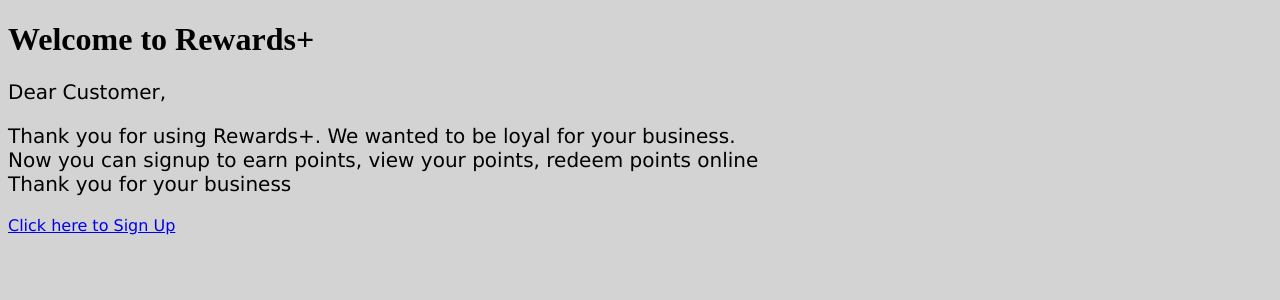
Repository: ahpraveen/springbootdemo
Page: demo/src/main/resources/static/home.html
These files come from the project's save history. The page is drawn as it stood at one moment and after the next save; the edit follows.
The browser window is 1280 px wide. The pictures show the whole page.

Above is the page before, as saved 2018-01-22 00:19:29.

### demo/src/main/resources/static/home.html
<!DOCTYPE html>
<html lang="en-US">
<head>
<meta charset="UTF-8">
<title>Home - Rewards+</title>
<style>
body{
background-color:lightgrey
}
p{
   font-family: verdana;
   font-size: 20px;
	}

a{
	font-family: verdana;
}
</style>
</head>
<body>
<div class="container">
<h1> Welcome to Rewards+</h1>
<p> Dear Customer,</p>
<p> Thank you for using Rewards+. We wanted to be loyal for your business. <br> Now you can signup to earn points, view your points, redeem points online <br>
    Thank you for your business </p>
<a href=".././index.html">Click here to Sign Up</a>
</div>
</body>
</html>

After the next save:
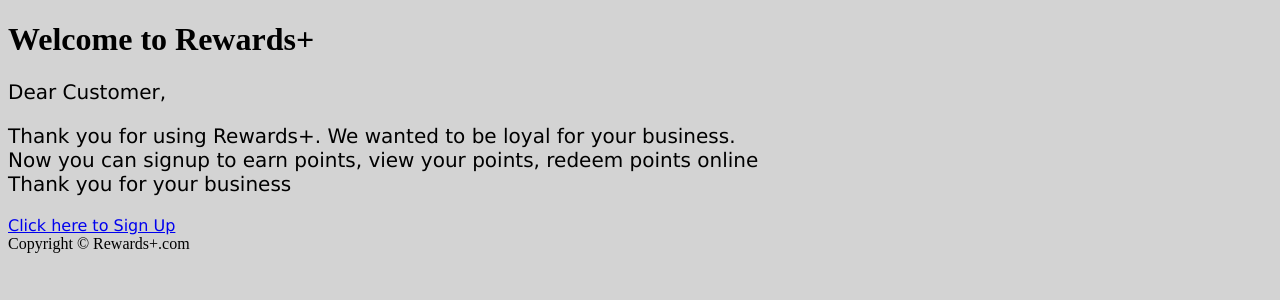
Saved 95 s later.
--- a/demo/src/main/resources/static/home.html
+++ b/demo/src/main/resources/static/home.html
@@ -18,12 +18,11 @@
 </style>
 </head>
 <body>
-<div class="container">
 <h1> Welcome to Rewards+</h1>
 <p> Dear Customer,</p>
 <p> Thank you for using Rewards+. We wanted to be loyal for your business. <br> Now you can signup to earn points, view your points, redeem points online <br>
     Thank you for your business </p>
 <a href=".././index.html">Click here to Sign Up</a>
-</div>
+<footer>Copyright &copy; Rewards+.com</footer>
 </body>
 </html>

After the 2 saves that followed:
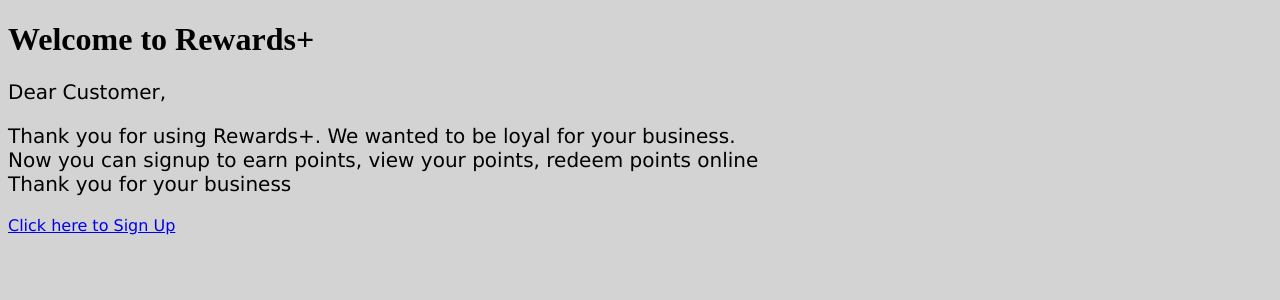
The 2 saves are shown as one change because 1 left the picture as it was.
The last was saved 37 s later.
--- a/demo/src/main/resources/static/home.html
+++ b/demo/src/main/resources/static/home.html
@@ -22,7 +22,7 @@
 <p> Dear Customer,</p>
 <p> Thank you for using Rewards+. We wanted to be loyal for your business. <br> Now you can signup to earn points, view your points, redeem points online <br>
     Thank you for your business </p>
-<a href=".././index.html">Click here to Sign Up</a>
-<footer>Copyright &copy; Rewards+.com</footer>
+<a href=".././index.html">Click here to Sign Up</a><br>
+
 </body>
 </html>
